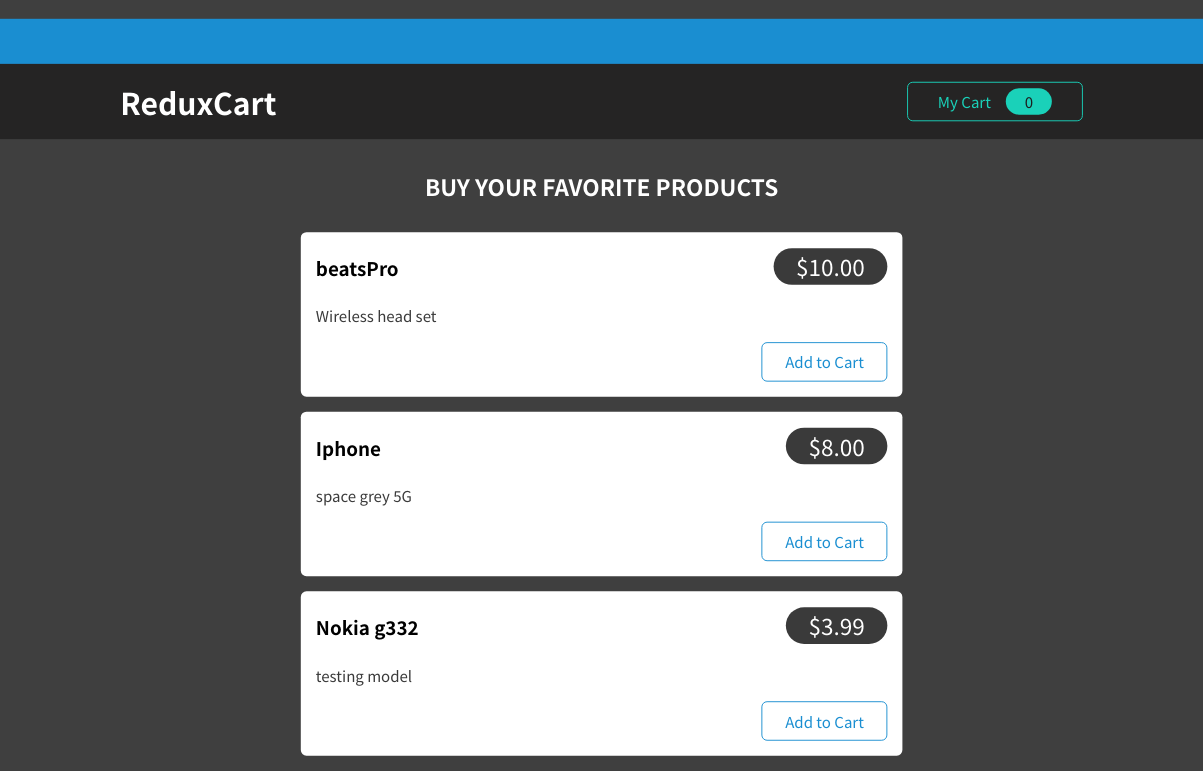
Repository: NamalPathirana/Redux-two-async
Page: /
These files come from the project's save history. The page is drawn as it stood at one moment and after the next save; the edit follows.
The browser window is 1280 px wide. The pictures show the whole page, at 94% of full size.
The page's requests for data from a server got no answer. The project was rebuilt for these pictures with package versions that can differ from the ones it lists, and the page was loaded fresh each time. No one was signed in, and anything a server would have sent is missing. Also part of the build but not shown: src/components/Cart/Cart.module.css, src/components/Cart/CartItem.module.css, src/components/Cart/CartItem.js, src/components/Cart/Cart.js.

Above is the page before, as saved 2022-04-14 23:48:09.

### src/index.js
import ReactDOM from 'react-dom/client';

import './index.css';
import App from './App';
import { Provider } from 'react-redux';
import store from './store/store';



const root = ReactDOM.createRoot(document.getElementById('root'));
root.render(<Provider store={store}><App /></Provider>);

### src/index.css
@import url('https://fonts.googleapis.com/css2?family=Noto+Sans+JP:wght@400;700&display=swap');

* {
  box-sizing: border-box;
}

html {
  font-family: 'Noto Sans JP', sans-serif;
}

body {
  margin: auto;
  background-color: #3f3f3f;
}

button {
  font: inherit;
  cursor: pointer;
  padding: 0.5rem 1.5rem;
  border-radius: 6px;
  background-color: transparent;
  color: #1a8ed1;
  border: 1px solid #1a8ed1;
}

button:hover,
button:active {
  background-color: #1ac5d1;
  border-color: #1ac5d1;
  color: white;
}

### src/App.js
import Cart from "./components/Cart/Cart";
import Layout from "./components/Layout/Layout";
import Products from "./components/Shop/Products";
import { useSelector } from "react-redux";
import { Fragment, useEffect } from "react";
import Notification from "./components/UI/Notification";

function App() {
  const cart = useSelector((state) => {
    return state.cart;
  });

  const isVisible = useSelector((state) => state.ui.cartIsVisible);

  useEffect(() => {
    fetch(
      "https://react-http-demo-87b25-default-rtdb.firebaseio.com/cart.json",
      {
        method: "PUT",
        body: JSON.stringify(cart),
      }
    );
  }, [cart]);

  return (
    <Fragment>
      <Notification></Notification>
      <Layout>
        {isVisible && <Cart />}
        <Products />
      </Layout>
    </Fragment>
  );
}

export default App;

### src/store/store.js
import { configureStore } from "@reduxjs/toolkit";
import cartSlice from "./cart";
import UISlice from "./ui-slice";

const store = configureStore({
  reducer: {
    cart: cartSlice,
    ui: UISlice,
  },
});

export default store;

### src/components/Shop/Products.js
import ProductItem from "./ProductItem";
import classes from "./Products.module.css";
import { cartActions } from "../../store/cart";
import { useDispatch, useSelector } from "react-redux";

const Products = (props) => {
  const dispatch = useDispatch();

  const cartItems = useSelector((state) => state.cart.items);

  const productList = [
    {
      id: 1,
      name: "beatsPro",
      description: "Wireless head set",
      price: 10,
    },
    {
      id: 2,
      name: "Iphone",
      description: "space grey 5G",
      price: 8,
    },
    {
      id: 3,
      name: "Nokia g332",
      description: "testing model",
      price: 3.99,
    },
  ];

  const onClickHandler = (id) => {

    const clickedItem = productList.filter((item)=>{ return item.id===id});

    dispatch(
      cartActions.addItemToCart({
        item: {
          id: id,
          name:clickedItem[0].name,
          description: clickedItem[0].description,
          quantity: 1,
          price: clickedItem[0].price,
        },
      })
    );
  }

  return (
    <section className={classes.products}>
      <h2>Buy your favorite products</h2>
      <ul>
        {productList.map((item) => {
          return (
            <ProductItem
              title={item.name}
              price={item.price}
              description={item.description}
              id={item.id}
              onClick={onClickHandler}
            />
          );
        })}
      </ul>
    </section>
  );
};

export default Products;

### src/components/UI/Notification.js
import classes from "./Notification.module.css"

const Notification = (props) => {
  let specialClasses = '';

  if(props.status === 'error'){
      specialClasses = classes.error;
  }

  if(props.status === 'success'){
      specialClasses = classes.success;
  }

  const cssClasses = `${classes.notification} ${specialClasses}`;

  return (
    <section className={cssClasses}>
      <h2>{props.title}</h2>
      <p>{props.message}</p>
    </section>
  );
};

export default Notification;

### src/store/cart.js
import { createSlice } from "@reduxjs/toolkit";

// itemsTemplate = {items: [
//     {
//       id: 0,
//       name: "",
//       description: "",
//       quantity: 0,
//       price: 0,
//       totalPrice: 0,
//     },
//   ],}

const initialCartState = {
  items: [],
  totalAmount: 0.0,
  totalItems: 0,
};

const cartSlice = createSlice({
  name: "cart",
  initialState: initialCartState,
  reducers: {
    addItemToCart(state, actions) {
      if (actions.payload.item === null) return;

      const userEnteredItem = actions.payload.item;

      const existingItem = state.items.find(
        (item) => item.id === userEnteredItem.id
      );

      if (existingItem) {
        existingItem.quantity++;
        existingItem.totalPrice = existingItem.quantity * existingItem.price;
      } else {
        state.items.push({
          id: userEnteredItem.id,
          name: userEnteredItem.name,
          description: userEnteredItem.description,
          quantity: userEnteredItem.quantity,
          price: userEnteredItem.price,
          totalPrice: userEnteredItem.price * userEnteredItem.quantity,
        });
      }

      state.totalItems = state.items.reduce((previousValue, currentItem) => {
        return previousValue + currentItem.quantity;
      }, 0);

      state.totalAmount = state.items.reduce((previousValue, currentItem) => {
        return previousValue + currentItem.totalPrice;
      }, 0);
    },
    increaseQuantity(state, actions) {
      const existingItem = state.items.find(
        (item) => item.id === actions.payload.id
      );
      existingItem.quantity++;
      existingItem.totalPrice = existingItem.price * existingItem.quantity;

      state.totalItems = state.items.reduce((previousValue, currentItem) => {
        return previousValue + currentItem.quantity;
      }, 0);
      state.totalAmount = state.items.reduce((previousValue, currentItem) => {
        return previousValue + currentItem.totalPrice;
      }, 0);
    },
    decreaseQuantity(state, actions) {
      const existingItem = state.items.find(
        (item) => item.id === actions.payload.id
      );

      existingItem.quantity--;
      existingItem.totalPrice = existingItem.price * existingItem.quantity;
      state.totalItems = state.items.reduce((previousValue, currentItem) => {
        return previousValue + currentItem.quantity;
      }, 0);
      state.totalAmount = state.items.reduce((previousValue, currentItem) => {
        return previousValue + currentItem.totalPrice;
      }, 0);

      if (existingItem.quantity === 0)
        state.items = state.items.filter((item) => item.id !== existingItem.id);
    },
  },
});

export const cartActions = cartSlice.actions;

export default cartSlice.reducer;

### src/store/ui-slice.js
import { createSlice } from "@reduxjs/toolkit";

const initialUIState = {
    cartIsVisible:false
}

const UISlice = createSlice({
    name:'ui',
    initialState:{initialUIState},
    reducers:{
        toggle(state){
            state.cartIsVisible = !state.cartIsVisible;
        }
    }
});

export const UIActions = UISlice.actions;

export default UISlice.reducer;

### src/components/Shop/ProductItem.js
import Card from "../UI/Card";
import classes from "./ProductItem.module.css";

const ProductItem = (props) => {
  const { title, price, description, id } = props;

  return (
    <li className={classes.item}>
      <Card>
        <header>
          <h3>{title}</h3>
          <div className={classes.price}>${price.toFixed(2)}</div>
        </header>
        <p>{description}</p>
        <div className={classes.actions}>
          <button onClick={props.onClick.bind(null,id)}>Add to Cart</button>
        </div>
      </Card>
    </li>
  );
};

export default ProductItem;

### src/components/UI/Notification.module.css
.notification{
    background-color: #1a8ed1;
    width: 100%;
    height: 3rem;
    margin: 0%;
}

### src/components/Cart/CartButton.js
import classes from "./CartButton.module.css";
import { useSelector, useDispatch } from "react-redux";
import { UIActions } from "../../store/ui-slice";

const CartButton = () => {
  const dispatch = useDispatch();

  const cartItemCount = useSelector((state) => {
    return state.cart.totalItems;
  });

  const cartToggleHandler = () => {
    dispatch(UIActions.toggle());
  };

  return (
    <button className={classes.button} onClick={cartToggleHandler}>
      <span>My Cart</span>
      <span className={classes.badge}>{cartItemCount}</span>
    </button>
  );
};

export default CartButton;

Loaded but not shown: public/index.html (common file); src/components/Layout/Layout.js (common file); src/components/UI/Card.js (common file); src/components/Layout/MainHeader.js (common file); src/components/Shop/Products.module.css (common file); src/components/UI/Card.module.css (common file); src/components/Layout/MainHeader.module.css (common file); src/components/Shop/ProductItem.module.css (common file); src/components/Cart/CartButton.module.css (common file)

After the next save:
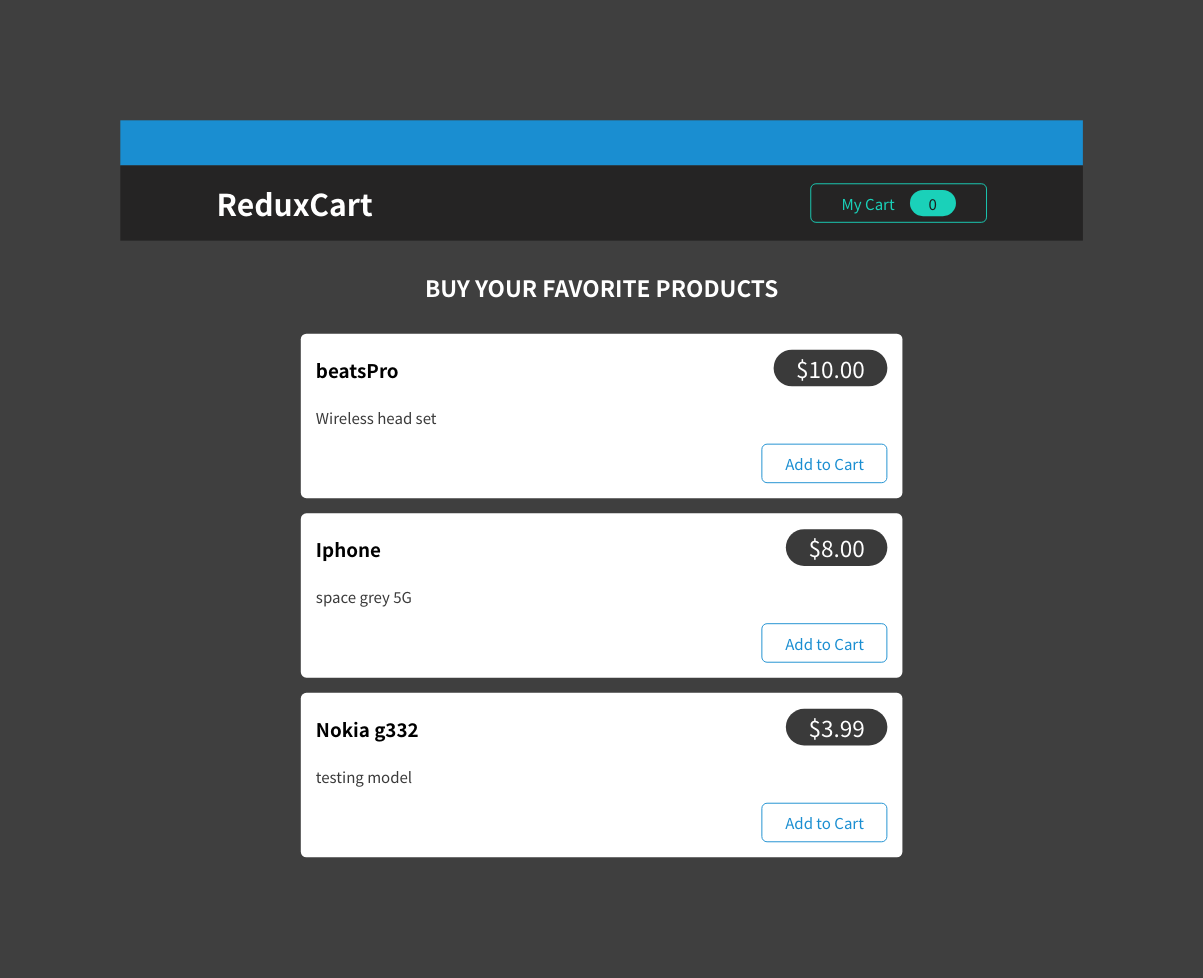
Saved 7 s later.
--- a/src/index.css
+++ b/src/index.css
@@ -9,7 +9,7 @@
 }
 
 body {
-  margin: auto;
+  margin: 10%;
   background-color: #3f3f3f;
 }
 

After the save that followed:
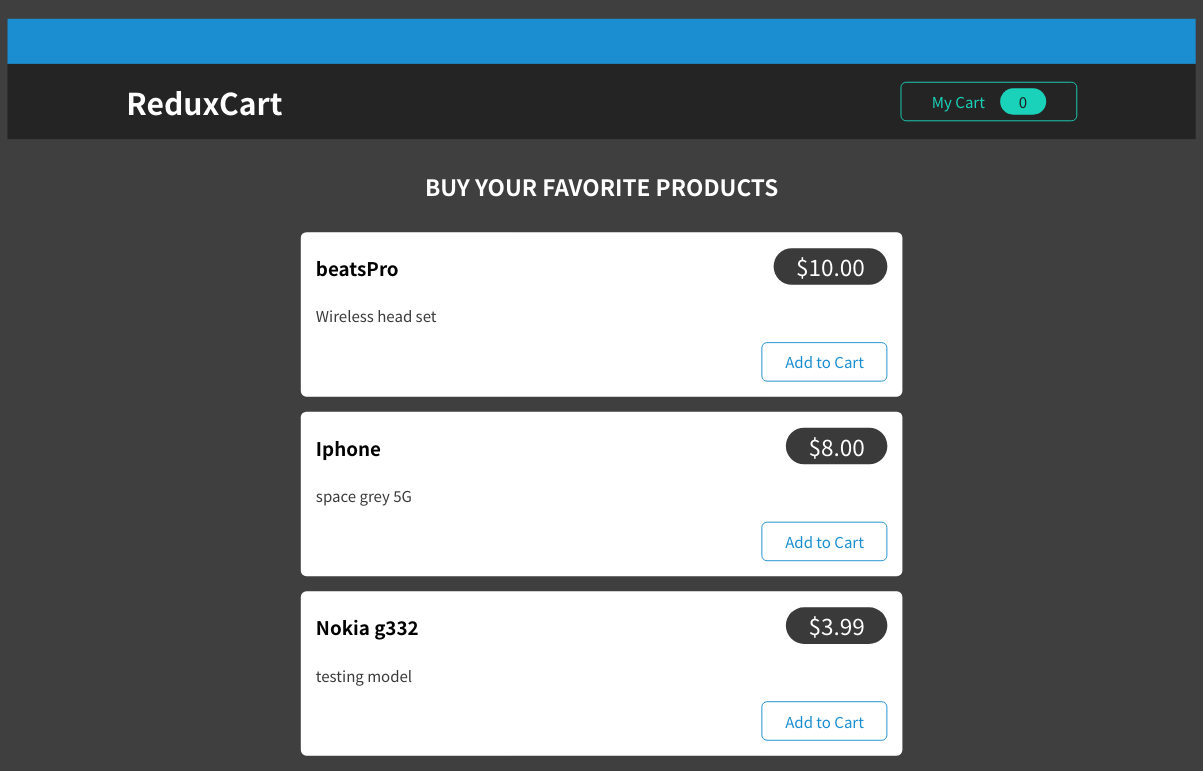
Saved 22 s later.
--- a/src/index.css
+++ b/src/index.css
@@ -9,7 +9,6 @@
 }
 
 body {
-  margin: 10%;
   background-color: #3f3f3f;
 }
 
